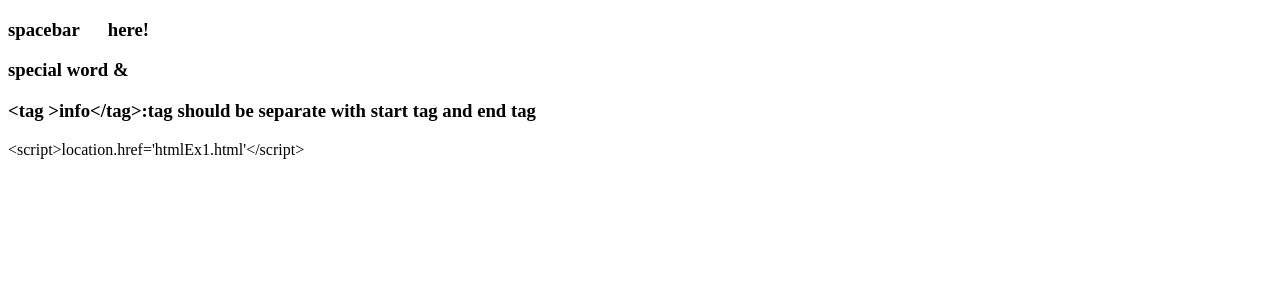
Repository: LucestDail/WebEclipse-Workspace
Page: htmlProject/WebContent/htmlEx3.html
These files come from the project's save history. The page is drawn as it stood at one moment and after the next save; the edit follows.
The browser window is 1280 px wide. The pictures show the whole page.

Above is the page before, as saved 2020-11-05 05:19:01.

After the next save:
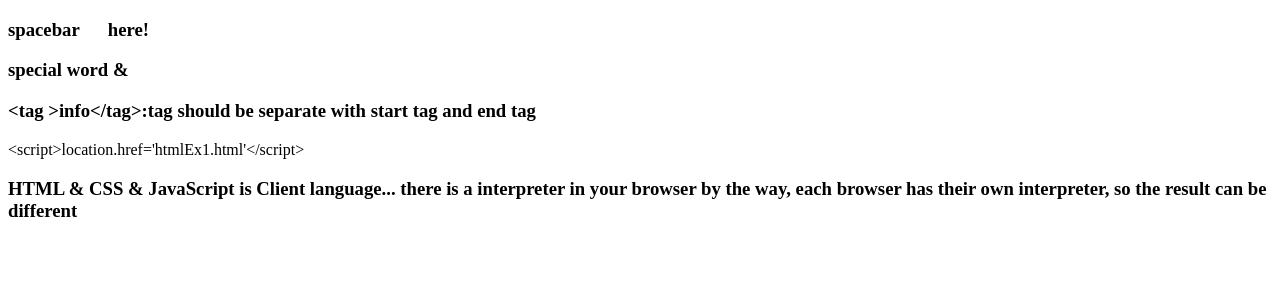
Saved 17 min 33 s later.
--- a/htmlProject/WebContent/htmlEx3.html
+++ b/htmlProject/WebContent/htmlEx3.html
@@ -9,5 +9,8 @@
 <h3> special word &amp;</h3>
 <h3>&lt;tag &gt;info&lt;/tag&gt;:tag should be separate with start tag and end tag</h3>
 &lt;script&gt;location.href='htmlEx1.html'&lt;/script&gt;
+<h3> HTML &amp; CSS &amp; JavaScript is Client language...
+there is a interpreter in your browser
+by the way, each browser has their own interpreter, so the result can be different</h3>
 </body>
 </html>
